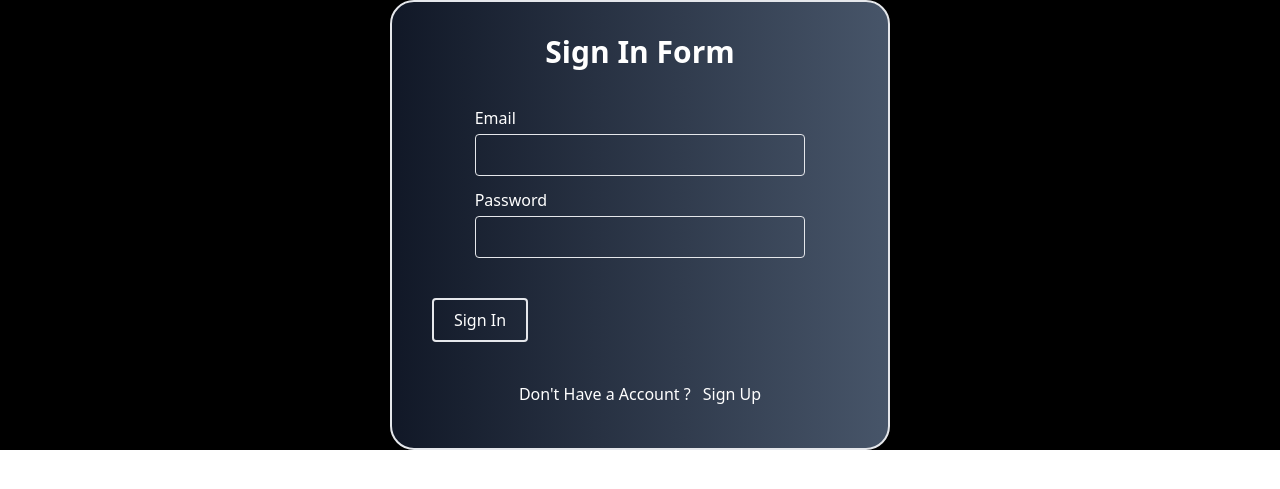
Repository: OmkarTidke8080/Assessment
Page: /sign-in (app in frontend/)
The author's editor kept a copy of each file at every save. The page is drawn from the files as they stood at one save, then again after the next save.
The browser window is 1280 px wide. The pictures show the whole page.
The project was rebuilt for these pictures with package versions that can differ from the ones it lists, and the page was loaded fresh each time. Also part of the build but not shown: frontend/vite.config.js, frontend/src/components/HomePage.jsx, frontend/src/components/SignUp.jsx.

Above is the page before, as saved 2024-10-19 22:24:20.

After the next save:
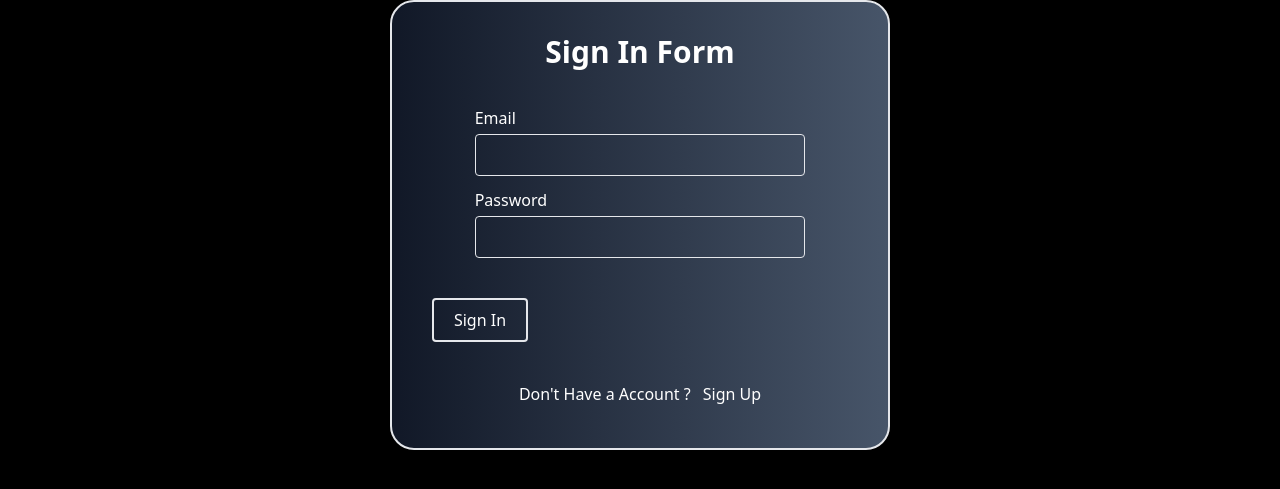
Saved 29 s later.
--- a/frontend/src/App.css
+++ b/frontend/src/App.css
@@ -1,4 +1,9 @@
+html, body {
+  height: 100%;
+  margin: 0;
+}
+
 #root {
   background: #000;
-  min-height: auto;
+  min-height: 100vh; /* Use 100vh for full viewport height */
 }
